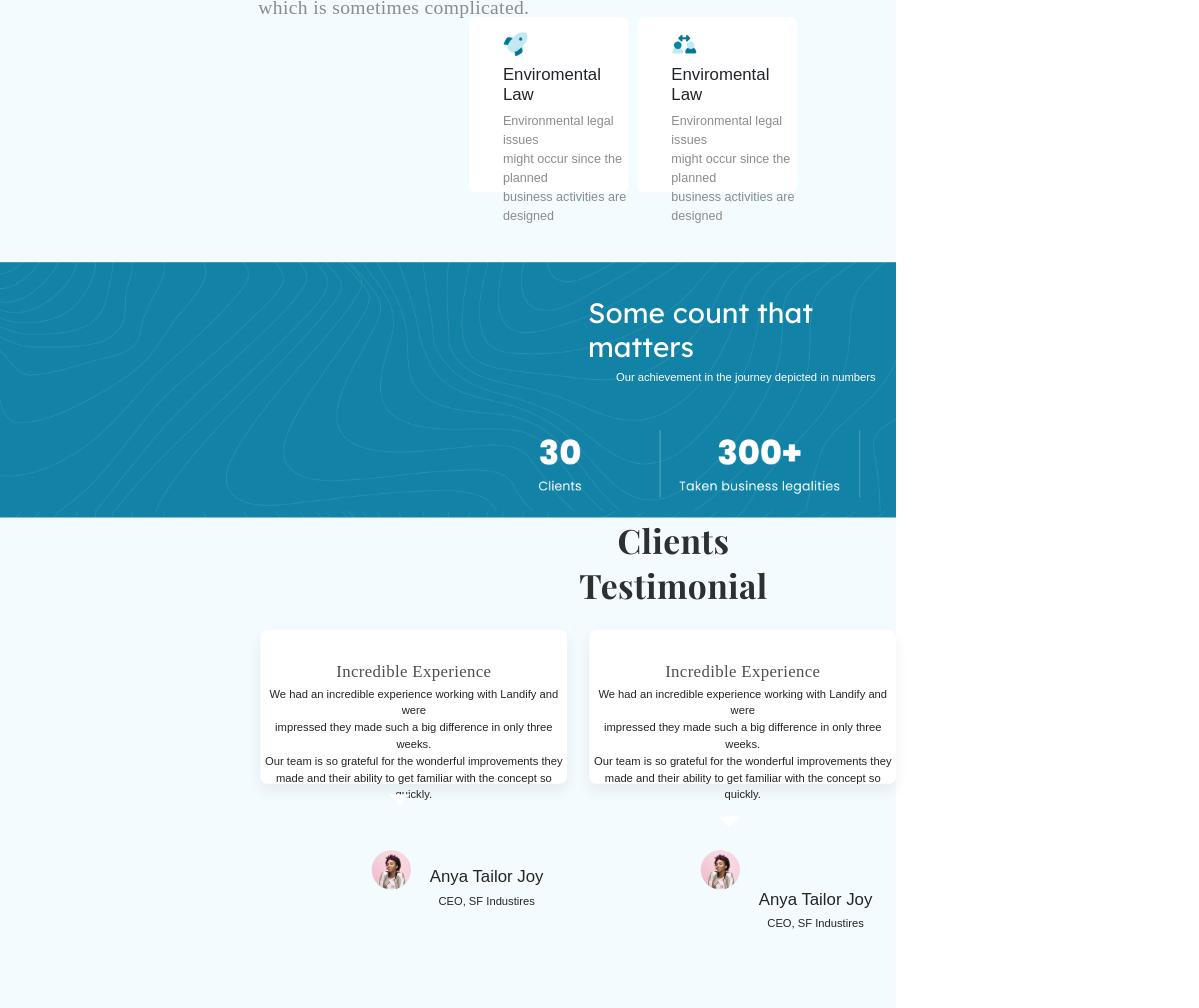
Repository: SAYYODTURINALIYEV/amaliy
Page: index.html
The author's editor kept a copy of each file at every save. The page is drawn from the files as they stood at one save, then again after a run of saves.
The browser window is 1280 px wide. The page is 1713 px wide, so the pictures cover 1713 px, including what lies to the right of the window. The pictures show the part of the page from y = 1551 to 2991 px (the page is 2991 px tall), at 70% of full size.

Above is the page before, as saved 2022-05-20 17:35:41.

After the next 2 saves:
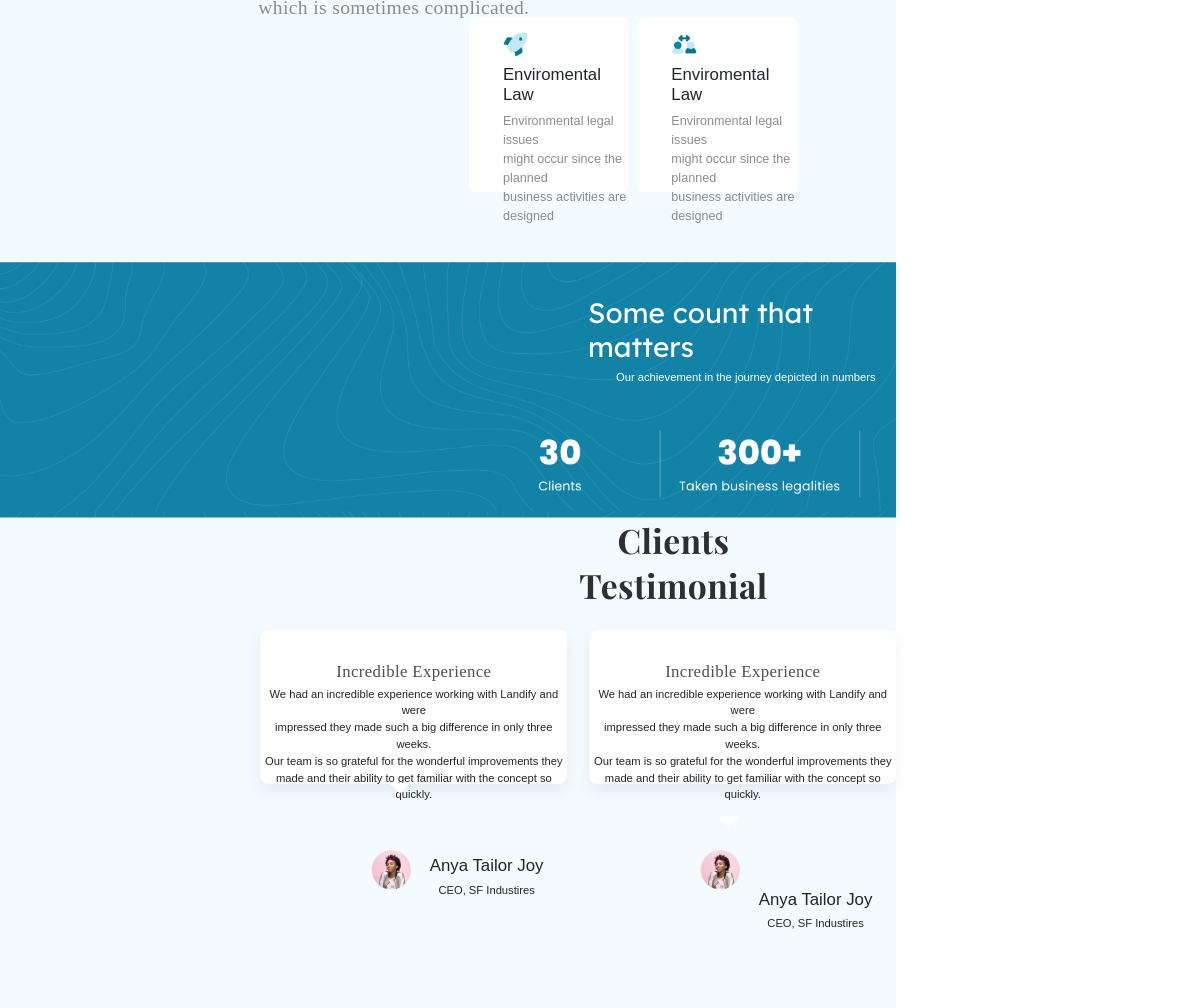
The 2 saves are shown as one change because they came seconds apart.
The last was saved 9 s later.
--- a/index.html
+++ b/index.html
@@ -112,7 +112,7 @@
             <p id="main2_1_p">We had an incredible experience working with Landify and were <br> impressed they made such a big difference in only three weeks. <br> Our team is so grateful for the wonderful improvements they <br> made and their ability to get familiar
                 with the concept so <br> quickly.</p>
             <img src="/images/Photo.png" alt="" id="main2_1_img">
-            <h4 style="margin-left: 13rem;margin-top: -2rem;">Anya Tailor Joy</h4>
+            <h4 style="margin-left: 13rem;margin-top: -3rem;">Anya Tailor Joy</h4>
             <p style="margin-left: 13rem;">CEO, SF Industires</p>
         </div>
         <div id="main2_2">
